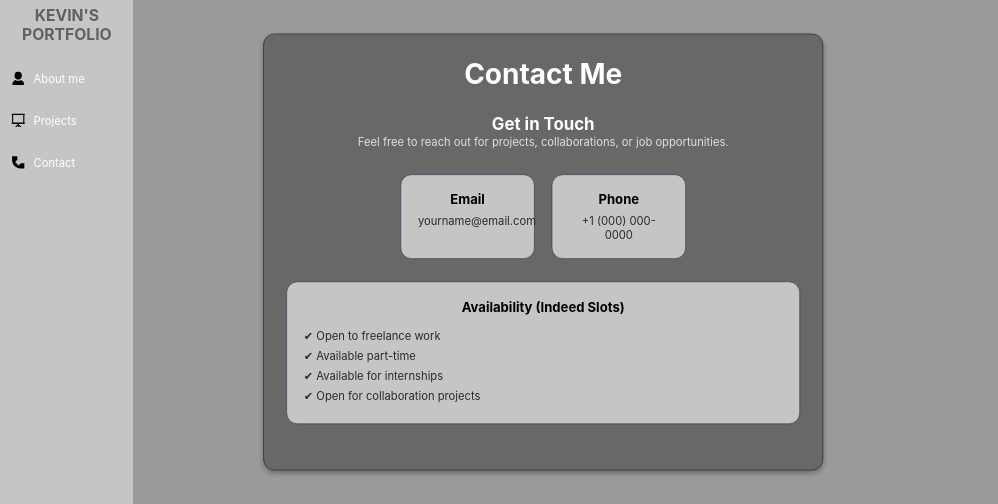
Repository: KevinSamaha/Kevin_Samaha
Page: pages/contact.html
The author's editor kept a copy of each file at every save. The page is drawn from the files as they stood at one save, then again after the next save.
The browser window is 1280 px wide. The page is 1280 px wide, then 1426 px, so the pictures cover 1426 px, including what lies to the right of the window. The pictures show the part of the page from y = 0 to 1720 px (the page is 720 px tall before and 2501 px after), at 70% of full size.

Above is the page before, as saved 2026-05-13 23:24:38.

### pages/contact.html
<!doctype html>
<html lang="en">
  <head>
    <meta charset="UTF-8" />
    <meta name="viewport" content="width=device-width, initial-scale=1.0" />
    <title>Contact Me</title>

    <link rel="stylesheet" href="../styles/contact.css" />
  </head>

  <body>
    <!-- SIDEBAR -->
    <header>
      <h2 class="logo">KEVIN'S PORTFOLIO</h2>

      <nav>
        <ul class="sidebarcontainer">
          <li>
            <a class="sidebar" href="index.html">
              <img src="../Assets/images/me.svg" class="icon" />
              About me
            </a>
          </li>

          <li>
            <a class="sidebar" href="projects.html">
              <img src="../Assets/images/project.svg" class="icon" />
              Projects
            </a>
          </li>

          <li>
            <a class="sidebar" href="contact.html">
              <img src="../Assets/images/phone.svg" class="icon" />
              Contact
            </a>
          </li>
        </ul>
      </nav>
    </header>

    <!-- MAIN -->
    <main>
      <div class="contact-wrapper">
        <h1 class="title">Contact Me</h1>

        <h2>Get in Touch</h2>

        <p class="subtitle">
          Feel free to reach out for projects, collaborations, or job
          opportunities.
        </p>

        <!-- CONTACT INFO -->
        <section class="contact-info">
          <article class="info-box">
            <h3>Email</h3>
            <p>yourname@email.com</p>
          </article>

          <article class="info-box">
            <h3>Phone</h3>
            <p>+1 (000) 000-0000</p>
          </article>
        </section>

        <!-- AVAILABILITY -->
        <article class="availability">
          <h3>Availability (Indeed Slots)</h3>

          <ul>
            <li>✔ Open to freelance work</li>
            <li>✔ Available part-time</li>
            <li>✔ Available for internships</li>
            <li>✔ Open for collaboration projects</li>
          </ul>
        </article>
      </div>
    </main>
  </body>
</html>

### styles/contact.css
/* GENERAL */
* {
  margin: 0;
  padding: 0;
  box-sizing: border-box;
  font-family: "Inter", sans-serif;
}

body {
  background-color: #00000065;
  color: white;
  min-height: 100vh;
  display: flex;
}

/* =========================
   SIDEBAR (shared layout)
========================= */

header {
  width: 12%;
  min-width: 12rem;
  height: 100vh;
  background-color: #c5c5c5;
  border-right: 0.0625rem solid #334155;
  position: fixed;
  display: flex;
  flex-direction: column;
  gap: 2rem;
  padding: 0.5rem;
}

.logo {
  font-size: 1.4rem;
  font-weight: 700;
  color: #616161;
  text-align: center;
}

.sidebarcontainer {
  list-style: none;
  display: flex;
  flex-direction: column;
  gap: 1.5rem;
}

.sidebar {
  display: flex;
  align-items: center;
  gap: 0.75rem;

  text-decoration: none;
  color: #ffffff;

  padding: 0.5rem;
  border-radius: 0.5rem;

  transition: 0.2s ease;
}

.sidebar:hover {
  background-color: #8f8f8f;
}

.icon {
  width: 1.25rem;
  height: 1.25rem;
}

/* =========================
   MAIN LAYOUT
========================= */

main {
  margin-left: 17rem;
  width: 100%;
  display: flex;
  justify-content: center;
  padding: 3rem;
}

/* =========================
   CONTACT BOX
========================= */

.contact-wrapper {
  width: 100%;
  max-width: 50rem;

  background-color: #686868;
  padding: 2rem;
  border-radius: 1rem;
  border: 0.0625rem solid #2b2b2b;
  box-shadow: 0 0.25rem 0.5rem rgba(0, 0, 0, 0.3);

  text-align: center;
}

.title {
  font-size: 2.5rem;
  margin-bottom: 2rem;
  color: #ffffff;
}

.subtitle {
  margin-bottom: 2rem;
  color: #e0e0e0;
  line-height: 1.6;
}

/* CONTACT INFO */

.contact-info {
  display: flex;
  gap: 1.5rem;
  justify-content: center;
  flex-wrap: wrap;
  margin-bottom: 2rem;
}

.info-box {
  background-color: #c5c5c5;
  padding: 1.5rem;
  border-radius: 1rem;
  width: 12rem;
  border: 0.0625rem solid #334155;
}

.info-box h3 {
  color: #000;
  margin-bottom: 0.5rem;
}

.info-box p {
  color: #2b2b2b;
}

/* AVAILABILITY */

.availability {
  background-color: #c5c5c5;
  padding: 1.5rem;
  border-radius: 1rem;
  border: 0.0625rem solid #334155;
  text-align: left;
}

.availability h3 {
  text-align: center;
  margin-bottom: 1rem;
  color: #000;
}

.availability ul {
  list-style: none;
  color: #2b2b2b;
  line-height: 1.8;
}

/* MOBILE */

@media (max-width: 64rem) {
  header {
    width: 100%;
    height: auto;
    position: fixed;
    flex-direction: row;
    justify-content: space-between;
  }

  main {
    margin-left: 0;
    margin-top: 10rem;
    padding: 1.5rem;
  }

  .contact-info {
    flex-direction: column;
    align-items: center;
  }
}

After the next save:
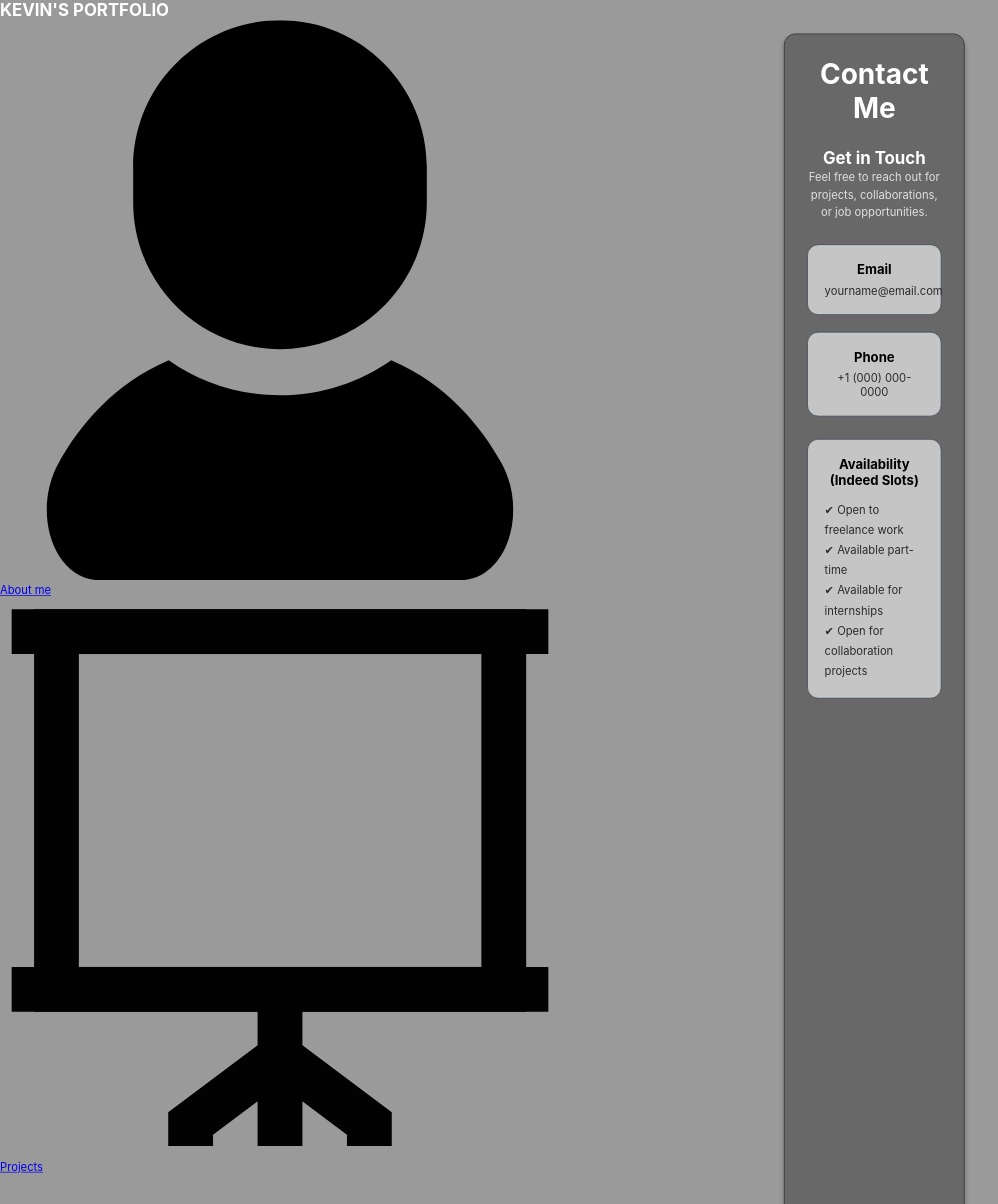
Saved 2 min 7 s later.
--- a/styles/contact.css
+++ b/styles/contact.css
@@ -13,59 +13,6 @@ body {
   display: flex;
 }
 
-/* =========================
-   SIDEBAR (shared layout)
-========================= */
-
-header {
-  width: 12%;
-  min-width: 12rem;
-  height: 100vh;
-  background-color: #c5c5c5;
-  border-right: 0.0625rem solid #334155;
-  position: fixed;
-  display: flex;
-  flex-direction: column;
-  gap: 2rem;
-  padding: 0.5rem;
-}
-
-.logo {
-  font-size: 1.4rem;
-  font-weight: 700;
-  color: #616161;
-  text-align: center;
-}
-
-.sidebarcontainer {
-  list-style: none;
-  display: flex;
-  flex-direction: column;
-  gap: 1.5rem;
-}
-
-.sidebar {
-  display: flex;
-  align-items: center;
-  gap: 0.75rem;
-
-  text-decoration: none;
-  color: #ffffff;
-
-  padding: 0.5rem;
-  border-radius: 0.5rem;
-
-  transition: 0.2s ease;
-}
-
-.sidebar:hover {
-  background-color: #8f8f8f;
-}
-
-.icon {
-  width: 1.25rem;
-  height: 1.25rem;
-}
 
 /* =========================
    MAIN LAYOUT
